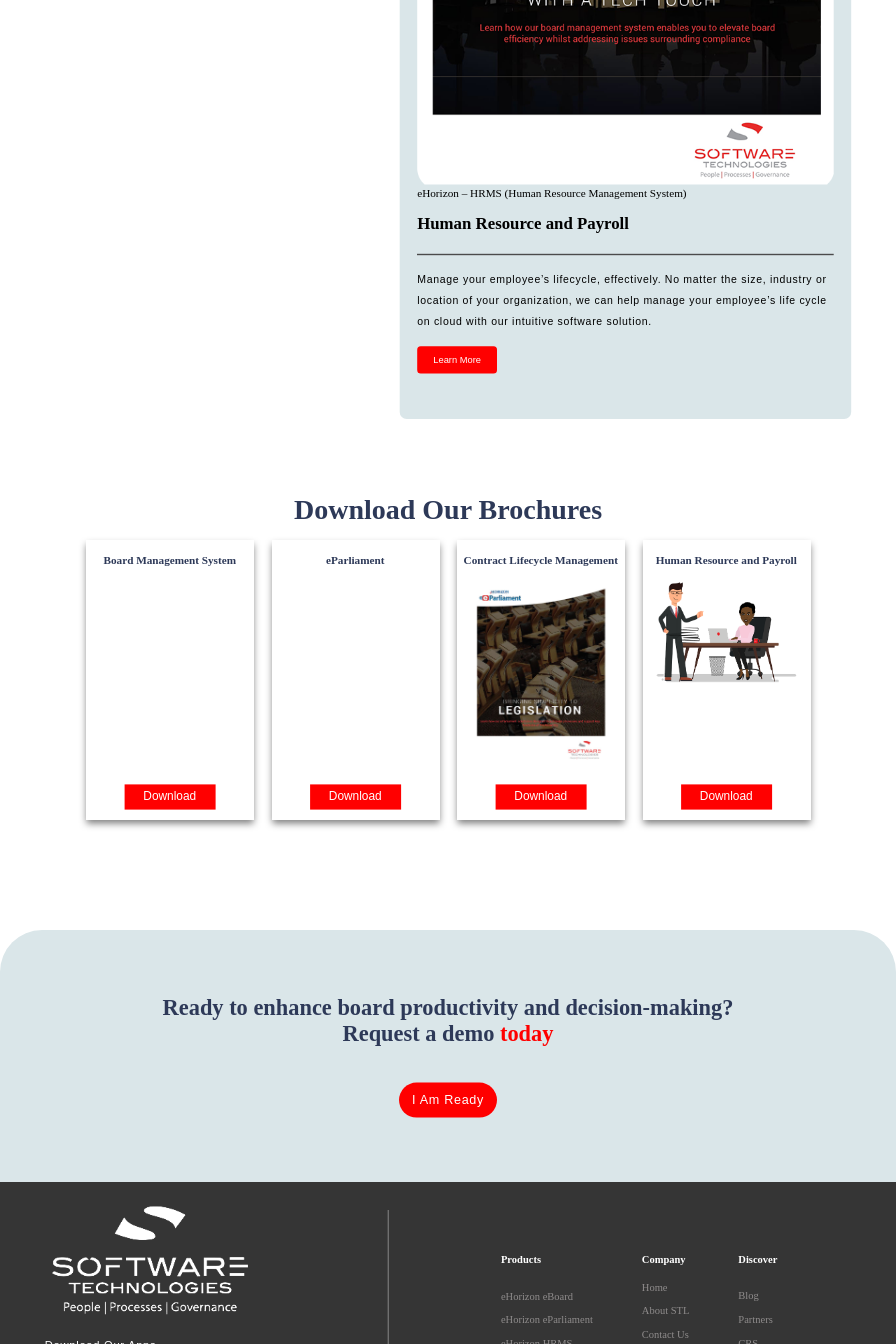
Repository: Kaleidiana/IST
Page: home.html
These files come from the project's save history. The page is drawn as it stood at one moment and after a run of saves; the edit follows.
The browser window is 1280 px wide. The pictures show the part of the page from y = 2851 to 4771 px (the page is 5246 px tall), at 70% of full size.

Above is the page before, as saved 2024-03-20 12:18:11.

After the next 2 saves:
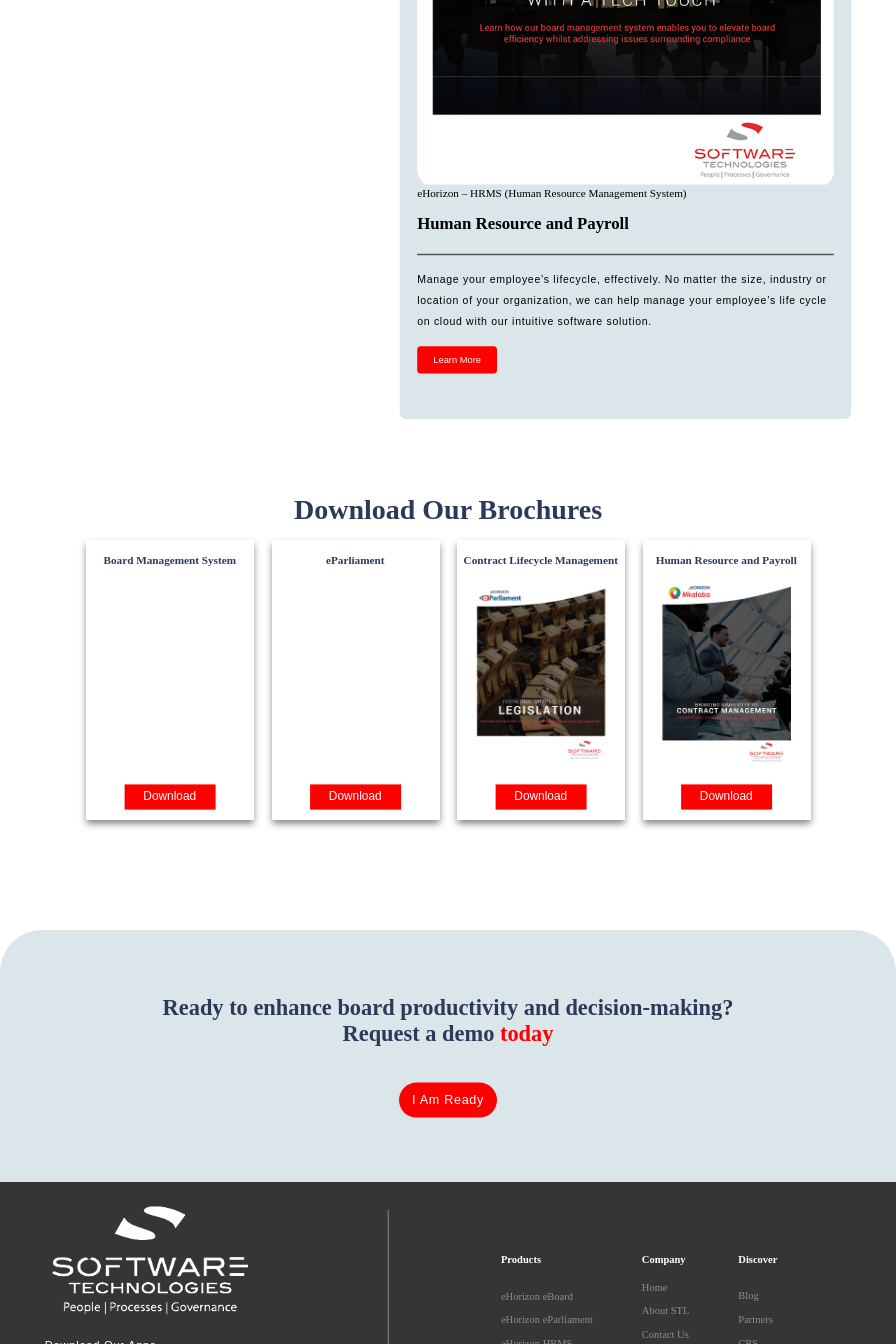
The 2 saves are shown as one change because they came seconds apart.
The last was saved 5 s later.
--- a/home.html
+++ b/home.html
@@ -123,7 +123,7 @@
             </div>
             <div>
                 <h4 class="try">Human Resource and Payroll</h4>
-                <img src="images/contact2.png" alt="">
+                <img src="images/board3.png" alt="">
                 <button class="btnn">Download</button>
             </div>
         </div>
